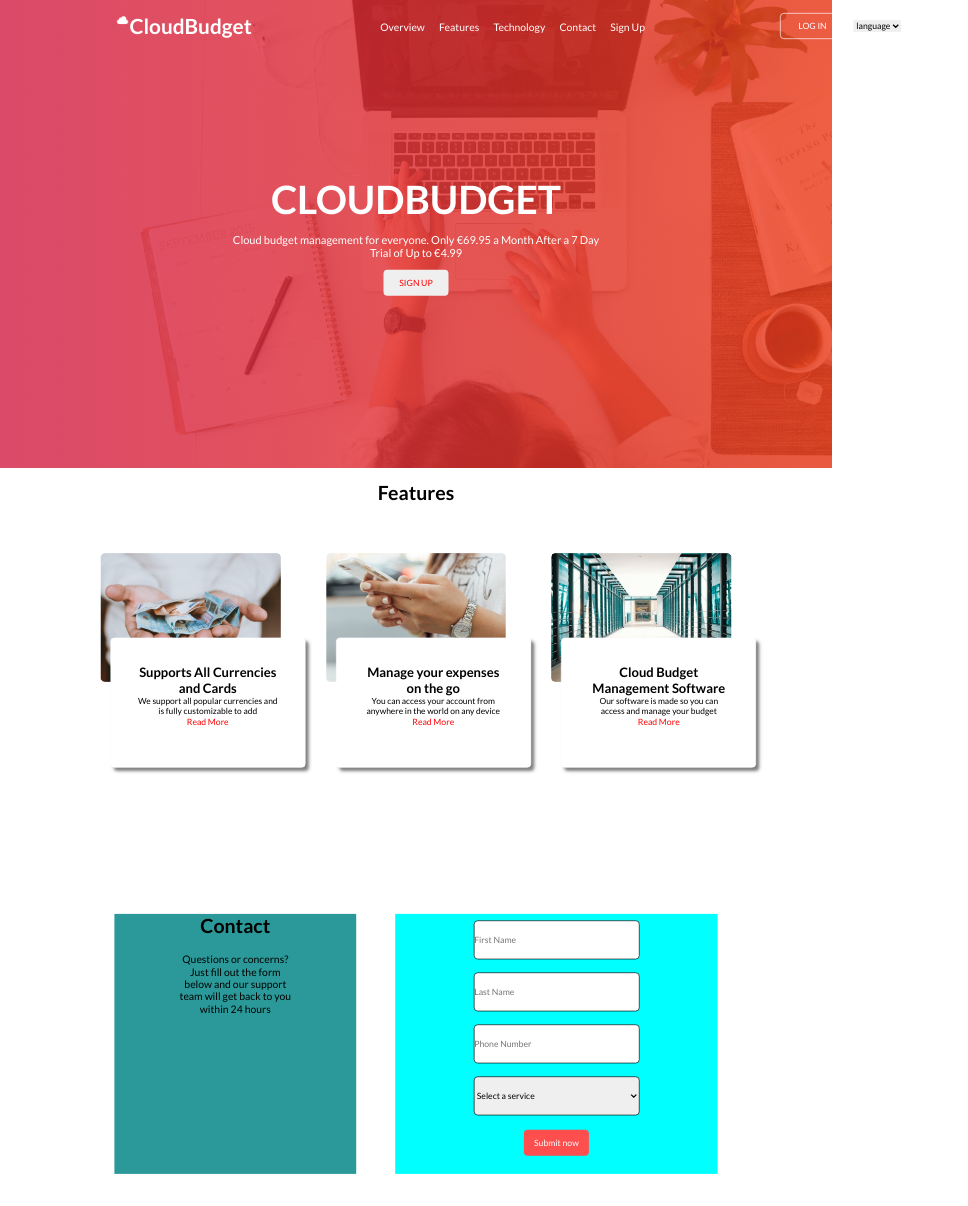
Repository: havvanurrana/website3
Page: index.html
These files come from the project's save history. The page is drawn as it stood at one moment and after the next save; the edit follows.
The browser window is 1280 px wide. The page is 1490 px wide, so the pictures cover 1490 px, including what lies to the right of the window. The pictures show the whole page, at 65% of full size.

Above is the page before, as saved 2024-08-02 19:10:47.

### index.html
<!DOCTYPE html>
<html lang="tr">
  <head>
    <meta charset="UTF-8" />
    <meta name="viewport" content="width=device-width, initial-scale=1.0" />
    <title>CloudBudget</title>
    <link rel="stylesheet" href="style.css" />
    <link
      rel="stylesheet"
      href="https://cdnjs.cloudflare.com/ajax/libs/font-awesome/6.5.2/css/all.min.css"
      integrity="sha512-SnH5WK+bZxgPHs44uWIX+LLJAJ9/2PkPKZ5QiAj6Ta86w+fsb2TkcmfRyVX3pBnMFcV7oQPJkl9QevSCWr3W6A=="
      crossorigin="anonymous"
      referrerpolicy="no-referrer"
    />
    <link
      href="https://fonts.googleapis.com/css2?family=Lato:wght@400;700&display=swap"
      rel="stylesheet"
    />
  </head>
  <body>
    <section class="overview-section">
        <div class="linear-gradient"></div>
        <div class="content">
            <h3>CLOUDBUDGET</h3>
            <p>
                Cloud budget management for everyone. Only €69.95 a Month After a 7
                Day Trial of Up to €4.99
            </p>
            <button>SIGN UP</button>
        </div>
    </section>
    <header class="header-menu">
        <div class="markaamblem">
            <img src="assets/cloud.png" />
            <h3>CloudBudget</h3>
        </div>
        <nav class="navbar">
            <a href="#" class="navbarsect">Overview</a>
            <a href="#" class="navbarsect">Features</a>
            <a href="#" class="navbarsect">Technology</a>
            <a href="#" class="navbarsect">Contact</a>
            <a href="#" class="navbarsect">Sign Up</a>
        </nav>
        <div class="buttons">
            <button>LOG IN</button>
            <button>
                <select id="language" name="language">
                    <option value="">language</option>
                    <option value="uk">UK</option>
                    <option value="turk">Turkish</option>
                    <option value="sp">Spanish</option>
                    <option value="fr">French</option>
                </select>
            </button>
                <div class="toggle-menu">
                    <button>
                        <i class="fas fa-bars"></i>
                    </button>
                </div>
        </div>
    </header>

    <!--features kısmı -->
    <div class="featureshead">
        <h1>Features</h1>
    </div>
    <div class="features">
        <div class="featuressection">
            <div class="img">
                <img src="../assets/money.png" />
            </div>
            <div class="featurescard">
                <div>
                    <h1>Supports All Currencies and Cards</h1>
                </div>
                <div>
                    <p>
                        We support all popular currencies and is fully customizable to add
                    </p>
                </div>
                <button>Read More</button>
            </div>
      </div>
      <div class="featuressection">
          <div>
                <div class="img">
                    <img src="../assets/hand.png" />
                </div>
                <div class="featurescard">
                    <h1>Manage your expenses on the go</h1>
                        <p>
                          You can access your account from anywhere in the world on any
                          device
                        </p>
                    <button>Read More</button>
                </div>
            </div>
      </div>
          <div class="featuressection">
              <div>
                    <div class="img">
                        <img src="../assets/building.png" />
                    </div>
                    <div class="featurescard">
                          <h1>Cloud Budget Management Software</h1>
                          <p>Our software is made so you can access and manage your budget</p>
                          <button>Read More</button>
                    </div>
              </div>
          </div>
    </div>
    <!--contact kısmı-->
    <section >
        <div class="contact">
        <div class="contact-text">
            <h1>Contact</h1>
            <br><br>
            <p>
              Questions or concerns? Just fill out the form below and our support
              team will get back to you within 24 hours
            </p>
        </div>
        <div class="input">
            <input
            type="text"
            id="username"
            name="username"
            placeholder="First Name"
            />
            <input
            type="text"
            id="username"
            name="username"
            placeholder="Last Name"
            />
            <input
            type="text"
            id="username"
            name="username"
            placeholder="Phone Number"
            />

            <select id="service" name="service">
            <option value="">Select a service</option>
            <option value="service1">Service 1</option>
            <option value="service2">Service 2</option>
            <option value="service3">Service 3</option>
            <option value="service4">Service 4</option>
            </select>
            <br><br>
            <button>Submit now</button>
        </div>
    </div>
    </section>
    <script>
    </script>
  </body>
</html>

### style.css
/* genel*/
*{
   margin:0;
   padding: 0;
   box-sizing: border-box;
   outline: none;
   border: none;
   text-decoration: none;
   font-family: Lato;
}

html {
    font-size: 62.5%;
    overflow-x: hidden;
    scroll-behavior: smooth;
    scroll-padding-top: 9rem ;
 }
h1{
   font-size: 30px;
}
 /* header menu ve  amblem ve ilk ekran cssleri*/

.markaamblem{
   display: flex;
   justify-content:space-between;
   color: white;
}

.header-menu{
   width: 1400px;
   display: flex;
   justify-content: space-between;
   align-items: center ;
   padding: 0 7%;
   margin: 2rem 7%;
   z-index: 3;
   top: 0;
   position:absolute;
}
.header-menu .markaamblem img{
   height: 2rem;
}
.header-menu .markaamblem h3{
   font-size: 32px ;
}
.header-menu .navbar a{
   margin: 0 1rem;
   font-size: 1.6rem;
   color: white;
   z-index: 2;
}
  .header-menu button{
   border: 1px , solid, rgb(255, 255, 255);
   border-radius: 6px;
   color:rgb(255, 255, 255);
   width: 100px;
   height: 40px;
   gap: 0px;
   background-color: transparent;
}
 .header-menu .buttons{
   padding-left: 10px;
  /* left: 1000px;*/
   display: flex;
   justify-content: flex-end;
 /* position: absolute;*/
}
.overview-section{
   min-height: 100vh;
   display: flex;
   text-align: center;
   align-items: center;
   justify-content: center;
   background:  url(../assets/image1.png)
   no-repeat;
   background-size: cover;
  /* margin-top: -9.5rem;*/
}

.overview-section .content {
   max-width: 60rem;
   margin: 0.5rem;
   z-index: 2;
}
.overview-section .content h3{
   font-size: 6rem;
   margin: 0.5rem;
   color: white;
}
.overview-section .content p{
   font-size: 1.7rem;
   margin: 1.5rem;
   color: white;
}
.overview-section .content button{
   border:1px;
   width: 100px;
   height: 40px;
   border-radius: 6px;
   color: red;

}

.linear-gradient{
   min-height: 100vh;
   width: 100%;
   display: flex;
   z-index: 1;
   background: linear-gradient(90deg, rgba(213, 32, 71, 0.8) 0%, rgba(238, 61, 27, 0.8) 100%);
   position: absolute;
}

/* features kısmı*/
/* başlık*/
.featureshead{
   text-align: center;
   justify-content: center;
   margin: 1rem;
   padding: 1rem;
}
/* Kartlar*/
.features{
   display: grid;
   grid-template-columns: repeat(auto-fit, minmax(30rem, 1fr));
   margin:3rem;
   padding: 0 7%;
}
.featurescard{
   border-radius:0.6rem;
   border: 1px, solid, rgb(255, 255, 255);
   width: 30rem;
   height: 20rem;
   text-align: center;
   justify-content: center;
   align-items: center;
   padding: 4rem;
   margin: 3rem;
   background-color: white;
   transform: translate(-5%,-50%);
   box-shadow: 5px 5px 5px rgba(0, 0, 0,0.5);
}
.featuressection{
   justify-content: center;
   align-items: center;
   margin: 1rem;
   padding: 2.5rem;
}
.features img{
   width: 100%;
   object-fit: cover;
}
.featurescard h1{
   font-size: 2rem;
}
.featurescard p{
   font-size: 1.3rem;
}
.featurescard button{
   border: none;
   background-color: transparent;
   color: red;
}

/*Contact kısmı */

.contact{
   display: flex;
   flex-direction: row;
   margin: 2rem;
   justify-content: center;
}
.contact div{
   text-align: center;
   justify-content:center;
   align-items: center;
   padding: 0 8%;
   margin: 3rem;
}
.contact h1{
   font-size: 30px;
}
.contact p{
   font-size: 16px;
}
 .contact .contact-text{
width: 30%;
height: 40rem;
background-color: rgb(43, 153, 153);
}
input{
   width: 255px;
   height: 60px;
   border: 1px, solid, black;
   border-color: rgb(0, 0, 0);
   border-radius: 6px;
   margin: 1rem;
}
.contact select{
   width: 255px;
   height: 60px;
   border: 1px, solid, black;
   border-color: rgb(0, 0, 0);
   border-radius: 6px;
   margin: 1rem;
}
.contact button{
   width: 100px;
   height: 40px;
   border-radius: 6px;
   color: white;
   background-color: rgb(254, 78, 78);
}
.contact .input{
   width: 40%;
   height: 40rem;
   align-items: center;
   justify-content: center;
   background-color: aqua;
   text-align: center;
}

/* toggle menu*/

.toggle-menu {
   display: none;
}


/* toggle menu*/

.toggle-menu {
   display: none;
}

/*.contact-text{
   width: 60%;
   height: 700px;
}*/
input{
   width: 255px;
   height: 60px;
   border: 1px, solid, black;
   border-color: rgb(0, 0, 0);
   border-radius: 6px;
   margin: 1rem;
}
.contact select{
   width: 255px;
   height: 60px;
   border: 1px, solid, black;
   border-color: rgb(0, 0, 0);
   border-radius: 6px;
}
.contact button{
   width: 100px;
   height: 40px;
   border-radius: 6px;
   color: white;
   background-color: rgb(254, 78, 78);
}

*/
/* toggle menu ve responsive kısım*/

.toggle-menu {
   display: none;
}
 /*
@media (max-width: 1200px) {
   .navbar {
       display: none;
   }
   .toggle-menu {
       display: block;
       left: 90%;
       position: absolute;
   }
   .contact {
      flex-direction: column;
      align-items: center;
}

.contact-text, .contact div {
      width: 100%;
      padding: 0;
      margin: 1rem 0;
}

.toggle-menu.active + .navbar {
   display: flex;
   flex-direction: column;
   position: absolute;
   top: 100%;
   left: 0;
   right: 0;
   background-color: #333;
   z-index: 1;
}

.toggle-menu button {
   background: none;
   border: none;
   color: white;
   font-size: 2rem;
}

}*/

After the next save:
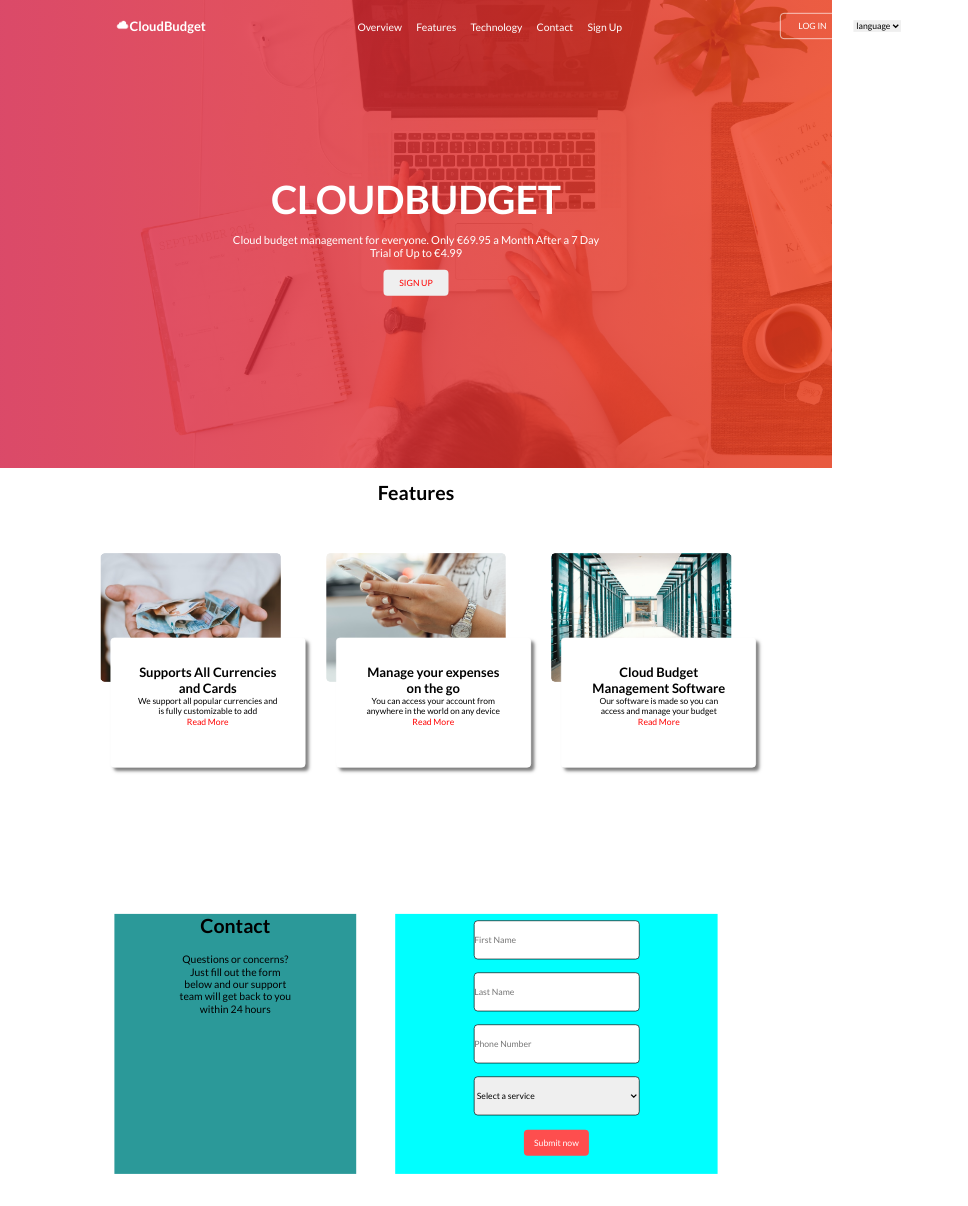
Saved 10 s later.
--- a/style.css
+++ b/style.css
@@ -41,7 +41,7 @@ h1{
    height: 2rem;
 }
 .header-menu .markaamblem h3{
-   font-size: 32px ;
+   font-size: 20px ;
 }
 .header-menu .navbar a{
    margin: 0 1rem;
